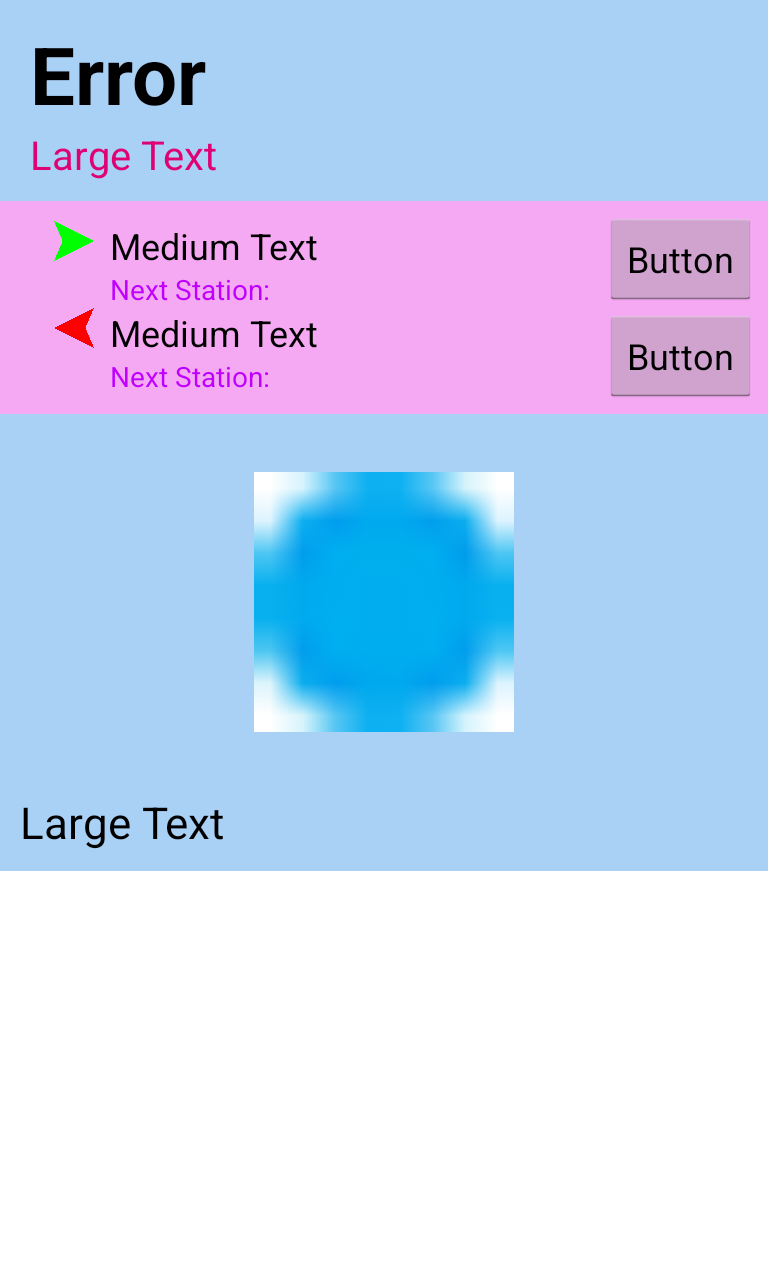
Repository: patheon17/myrepo2
Layout: workspace/UMBusTracking/res/layout/single_list_item_view.xml
These files come from the project's save history. The layout is drawn as it stood at one moment and after the next save; the edit follows.
It is drawn on a 768 x 1280 px phone screen (xhdpi) without system bars, with theme AppTheme; the app's code is not run.

Above is the layout before, as saved 2013-10-03 18:49:34.

### workspace/UMBusTracking/res/layout/single_list_item_view.xml
<?xml version="1.0" encoding="utf-8"?>
<ScrollView xmlns:android="http://schemas.android.com/apk/res/android"
    android:layout_width="fill_parent" android:layout_height="fill_parent">

<RelativeLayout
    android:layout_width="match_parent"
    android:layout_height="match_parent"
    android:background="@color/background_lime"
    android:orientation="vertical" >

    <TextView
        android:id="@+id/viewstoptitle"
        android:layout_width="fill_parent"
        android:layout_height="wrap_content"
        android:paddingLeft="15sp"
         android:layout_marginTop="10sp"
        android:text="@string/viewstoptitle"
        android:textColor="#000000"
        android:textSize="40sp"
        android:textStyle="bold" />

    <TextView
        android:id="@+id/routename"
        android:layout_width="match_parent"
        android:layout_height="wrap_content"
        android:layout_below="@+id/viewstoptitle"
        android:paddingLeft="15sp"
        android:textSize="20sp"
        android:text="Large Text"
        android:textColor="#DF0174"
        android:textAppearance="?android:attr/textAppearanceLarge" />

    <RelativeLayout
        android:id="@+id/div1"
        android:layout_width="match_parent"
        android:layout_height="wrap_content"
        android:layout_below="@+id/routename"
        android:layout_marginTop="10sp"
        android:background="#F5A9F2"
        android:padding="5sp"
        >

    <TextView
        android:id="@+id/routeto11"
        android:layout_width="wrap_content"
        android:layout_height="wrap_content"
        android:layout_alignLeft="@+id/nextstation"
         android:layout_below="@+id/nextstation"
        android:text="Medium Text"
        android:textAppearance="?android:attr/textAppearanceMedium" />


    <TextView
        android:id="@+id/routefrom"
        android:layout_width="wrap_content"
        android:layout_height="wrap_content"
        android:layout_alignParentLeft="true"
        android:layout_below="@+id/routename"
        android:layout_marginLeft="50dp"
        android:text="Medium Text"
         android:layout_marginTop="5sp"
        android:textAppearance="?android:attr/textAppearanceMedium" />

    <ImageView
        android:id="@+id/greenarrow"
        android:layout_width="20sp"
        android:layout_height="20sp"
        android:layout_alignParentLeft="true"
        android:layout_alignTop="@+id/routefrom"
        android:layout_marginLeft="22dp"

        android:src="@drawable/arrowgreen" />

    <TextView
        android:id="@+id/nextstation"
        android:layout_width="wrap_content"
        android:layout_height="wrap_content"
        android:layout_alignLeft="@+id/routefrom"
        android:layout_below="@+id/routefrom"
        android:text="Next Station: "
        android:textColor="#BF00FF"
        android:textAppearance="?android:attr/textAppearanceSmall" />

    <ImageView
        android:id="@+id/redarrow"
        android:layout_width="20sp"
        android:layout_height="20sp"
        android:layout_alignLeft="@+id/greenarrow"
         android:layout_alignTop="@+id/routeto11"
        android:src="@drawable/redarrow" />



    <TextView
        android:id="@+id/nextstation1"
        android:layout_width="wrap_content"
        android:layout_height="wrap_content"
        android:layout_alignLeft="@+id/routeto11"
        android:layout_below="@+id/routeto11"
        android:text="Next Station: "
         android:textColor="#BF00FF"
        android:textAppearance="?android:attr/textAppearanceSmall" />


    <Button
        android:id="@+id/button1"
        android:layout_width="wrap_content"
        android:layout_height="wrap_content"
        android:layout_alignParentRight="true"
        android:text="Button" />

    <Button
        android:id="@+id/button2"
        android:layout_width="wrap_content"
        android:layout_height="wrap_content"
        android:layout_alignLeft="@+id/button1"
        android:layout_below="@+id/nextstation"
        android:text="Button" />


    </RelativeLayout>

     <ImageView
        android:id="@+id/imageView1"
        android:layout_width="match_parent"
        android:layout_height="150dp"
        android:layout_alignParentLeft="true"
        android:layout_below="@+id/div1"
        android:layout_marginTop="19dp"
        android:padding="10sp"
        android:src="@drawable/stops" />

     <TextView
        android:id="@+id/description"
        android:layout_width="match_parent"
        android:layout_height="wrap_content"
        android:layout_below="@+id/imageView1"
        android:text="Large Text"
        android:layout_marginTop="10sp"
        android:padding="10sp"
        android:textAppearance="?android:attr/textAppearanceLarge" />

</RelativeLayout>
</ScrollView>

### workspace/UMBusTracking/res/values/styles.xml
<resources>

    <!--
        Base application theme, dependent on API level. This theme is replaced
        by AppBaseTheme from res/values-vXX/styles.xml on newer devices.
    -->
    <style name="AppBaseTheme" parent="android:Theme.Light">
        <!--
            Theme customizations available in newer API levels can go in
            res/values-vXX/styles.xml, while customizations related to
            backward-compatibility can go here.
        -->
    </style>

    <!-- Application theme. -->
    <style name="AppTheme" parent="AppBaseTheme">
        <!-- All customizations that are NOT specific to a particular API-level can go here. -->
    </style>


</resources>

### workspace/UMBusTracking/res/values/strings.xml
<?xml version="1.0" encoding="utf-8"?>
<resources>

    <string name="app_name">UMBusTracking</string>
    <string name="action_settings">Settings</string>
    <string name="hello_world">Hello world!</string>
    <string name="button">Connect</string>
    <string name="title_activity_info">InfoActivity</string>
    <string name="title_activity_test2">Test2</string>
    <string name="title_activity_view_stops_details">View Bus Stops Details/Information</string>
    <string name="viewstoptitle">Error</string>
    <string name="title_activity_nearest_stop">NearestStop</string>
    <string name="displaystop">error</string>

    <color name="background_lime">#A9D0F5</color>

    <string name="routename">On Route</string>
    <string name="stopname">Bus Stop</string>
    <string name="title_activity_display_busses">DisplayBusses</string>

</resources>

Loaded but not shown: workspace/UMBusTracking/res/values-v11/styles.xml (common file); workspace/UMBusTracking/res/values-v14/styles.xml (common file)

After the next save:
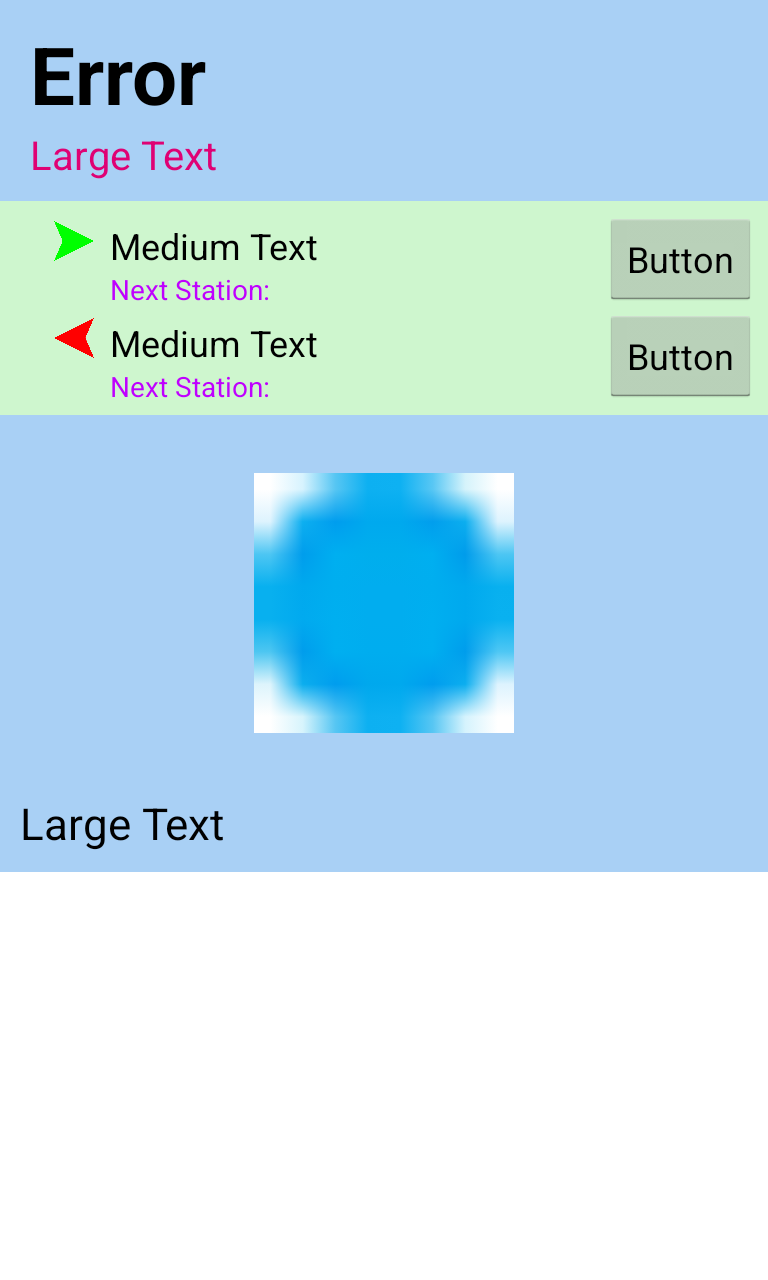
Saved 2 min 7 s later.
--- a/workspace/UMBusTracking/res/layout/single_list_item_view.xml
+++ b/workspace/UMBusTracking/res/layout/single_list_item_view.xml
@@ -36,7 +36,7 @@
         android:layout_height="wrap_content"
         android:layout_below="@+id/routename"
         android:layout_marginTop="10sp"
-        android:background="#F5A9F2"
+        android:background="#CEF6CE"
         android:padding="5sp"
         >
 
@@ -46,6 +46,7 @@
         android:layout_height="wrap_content"
         android:layout_alignLeft="@+id/nextstation"
          android:layout_below="@+id/nextstation"
+         android:layout_marginTop="5sp"
         android:text="Medium Text"
         android:textAppearance="?android:attr/textAppearanceMedium" />
 
